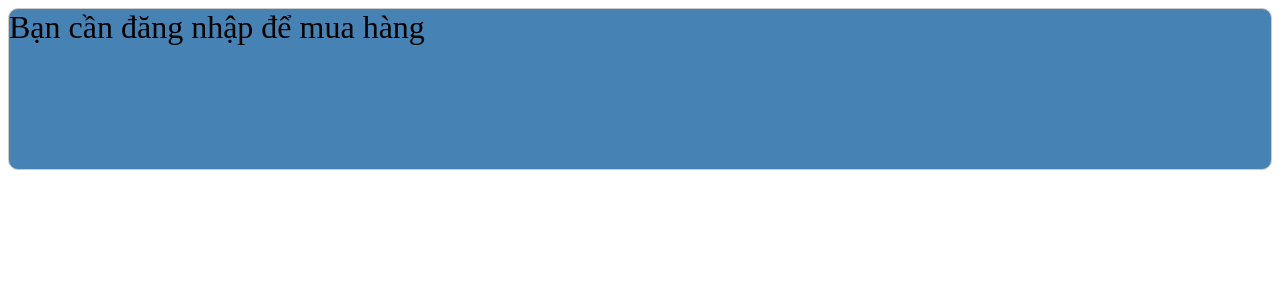
Repository: tung1233hhhhhhhhhhhhh/shoppingcart
Page: view/product/components/thongbao.html
An editor plug-in stored every save of this project. The page is shown before and after the next save, followed by the edit.
The browser window is 1280 px wide. The pictures show the whole page.

Above is the page before, as saved 2023-08-08 21:23:38.

### view/product/components/thongbao.html
<!DOCTYPE html>
<html lang="en">

<head>
    <meta charset="UTF-8">
    <meta name="viewport" content="width=device-width, initial-scale=1.0">
    <title>Document</title>
</head>
<style>
    .box {
        /* width: 20rem; */
        height: 10rem;
        background-color: steelblue;
        border: 1px solid #Ccc;
        border-radius: 10px;
        margin: 0 auto;
    }

    .text {
        font-size: 2rem;
    }
</style>

<body>

    <div class="box">
        <div class="text">Bạn cần đăng nhập để mua hàng</div>
    </div>
</body>

</html>

After the next save:
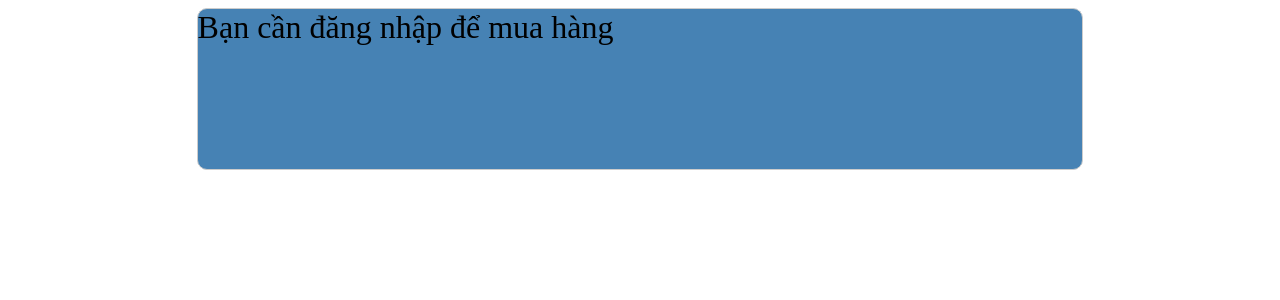
Saved 11 s later.
--- a/view/product/components/thongbao.html
+++ b/view/product/components/thongbao.html
@@ -8,7 +8,7 @@
 </head>
 <style>
     .box {
-        /* width: 20rem; */
+        width: 70%;
         height: 10rem;
         background-color: steelblue;
         border: 1px solid #Ccc;
